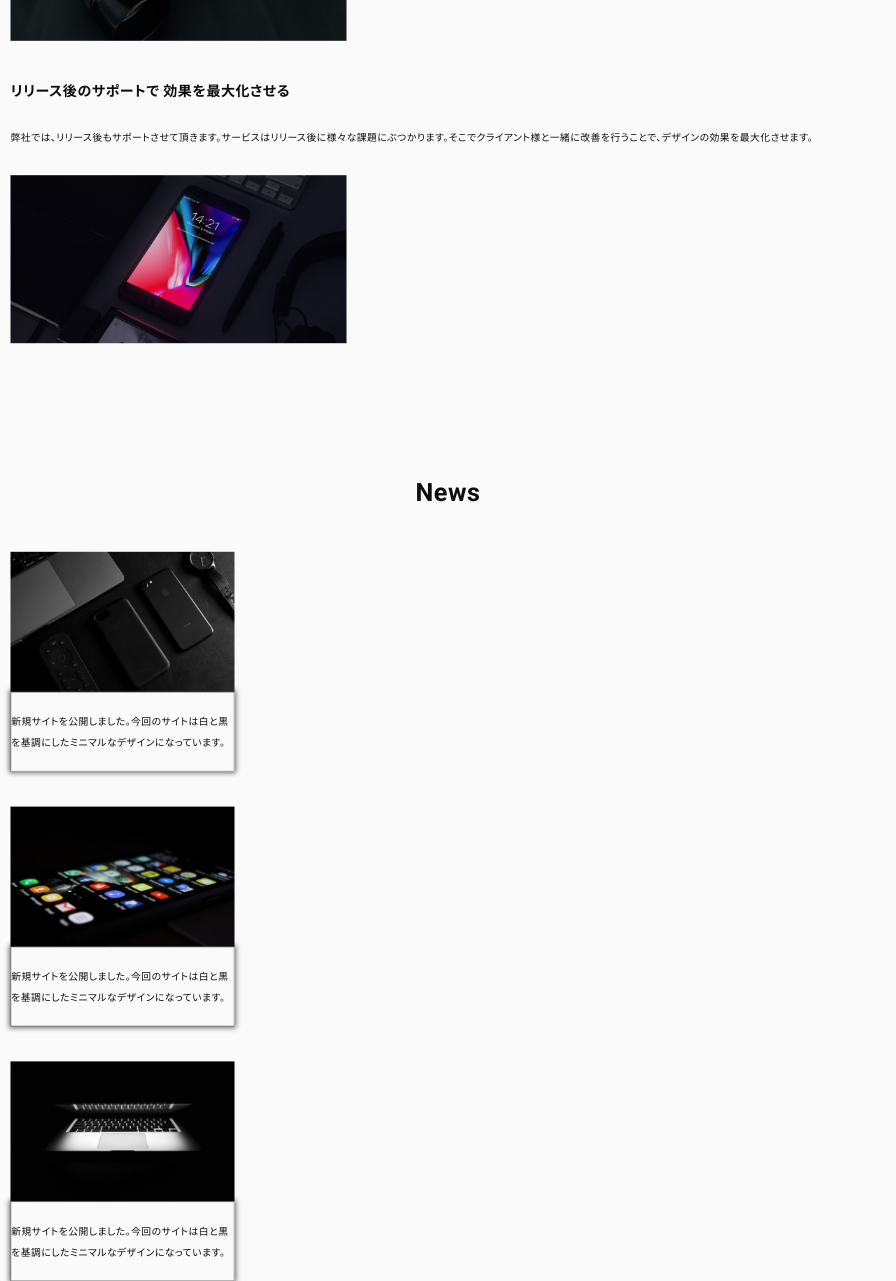
Repository: hatarakimono-kumasan/kurisuta_1st
Page: index.html
The author's editor kept a copy of each file at every save. The page is drawn from the files as they stood at one save, then again after the next save.
The browser window is 1280 px wide. The pictures show the part of the page from y = 3026 to 4946 px (the page is 4856 px tall before and 4946 px after), at 70% of full size.
Some web libraries are served in a nearby version. The style sheet was rebuilt from its Sass, Less or Tailwind sources for each picture, by a compiler version that may differ from the author's.

Above is the page before, as saved 2020-05-15 09:21:02.

### index.html
<!DOCTYPE html>
<html lang="en">
	<head>
		<meta charset="UTF-8" />
		<meta name="viewport" content="width=device-width, initial-scale=1.0" />
		<meta http-equiv="X-UA-Compatible" content="ie=edge" />
		<title>Cresta.design</title>
		<meta name="keywords" content="カンマ区切りで10個以内推奨" />
		<meta name="description" content="120文字以内" />
		<meta property="og:title" content="このページのタイトル" />
		<meta property="og:type" content="TOPページはwebsite、子ページはarticle" />
		<meta property="og:url" content="このページのURL" />
		<meta property="og:image" content="1200×630以上推奨、絶対パスで指定" />
		<meta property="og:site_name" content="サイト名" />
		<meta property="og:description" content="80〜90文字推奨" />
		<meta name="twitter:card" content="summary or summary_large_image" />
		<meta name="twitter:site" content="@ユーザー名" />
		<meta name="format-detection" content="telephone=no" />
		<!-- <link rel="shortcut icon" sizes="16x16" href="ファビコン" />
		<link rel="apple-touch-icon" sizes="192x192" href="タッチアイコン" />
		<link rel="shortcut icon" sizes="192x192" href="タッチアイコン" /> -->
		<meta name="last-modified" content="Sun, 29 Dec 2019 20:30:30 GMT" />
		<link
			href="https://use.fontawesome.com/releases/v5.6.1/css/all.css"
			rel="stylesheet"
		/>
		<link rel="stylesheet" href="style.css" />
		<script
			src="https://code.jquery.com/jquery-3.4.1.min.js"
			integrity="sha256-CSXorXvZcTkaix6Yvo6HppcZGetbYMGWSFlBw8HfCJo="
			crossorigin="anonymous"
		></script>
	</head>
	<body>
		<!-- header -->
		<header class="header">
			<h1 class="site-title"><a href="./">クリ★スタ</a></h1>
			<div class="nav-wrapper">
				<nav class="header-nav">
					<ul class="nav-list">
						<li class="nav-item"><a href="#about">About</a></li>
						<li class="nav-item"><a href="#service">Service</a></li>
						<li class="nav-item"><a href="#news">News</a></li>
						<li class="nav-item"><a href="#contact">Contact</a></li>
					</ul>
				</nav>
			</div>
			<button class="burger-btn">
				<span class="bars">
					<span class="bar bar_top"></span>
					<span class="bar bar_mid"></span>
					<span class="bar bar_bottom"></span>
				</span>
			</button>
		</header>
		<!-- //header -->

		<!--first view-->
		<div class="first_view">
			<img src="img/fv-bgi_sp@2x.jpg" alt="サイトイメージ" />
			<p>Cresta Design.</p>
		</div>
		<!--//first view-->

		<main>
			<!--about-->
			<section class="about" id="about">
				<h2>About</h2>
				<h3>
					ミニマルで<br />
					洗練されたデザインを。
				</h3>
				<p>
					近年、ミニマルなデザインが流行しています。そこで弊社では、クライアント企業様新規サービス等の課題に対してミニマルで洗練されたデザインを実現させることで解決のサポートを致します。もちろん全てのサービスにおいてミニマルなデザインが課題解決になるわけではないので、課題や今後のサービスの展開等しっかりとヒアリングを行なった上でご提案させて頂きます。
				</p>
			</section>
			<!--//about-->

			<!--service-->
			<section class="service" id="service">
				<h2>Service</h2>
				<h3>リリース時のサポートで サービスのブランディングを</h3>
				<p>
					弊社では、リリース時もサポートさせて頂きます。プレスリリース用のサイトや動画制作を通して、サービスのブランディングを行わせて頂きます。
				</p>
				<img src="/img/service-image@2x.jpg" alt="サービス" />
				<h3>リリース後のサポートで 効果を最大化させる</h3>
				<p>
					弊社では、リリース後もサポートさせて頂きます。サービスはリリース後に様々な課題にぶつかります。そこでクライアント様と一緒に改善を行うことで、デザインの効果を最大化させます。
				</p>
				<img src="/img/service-image02@2x.jpg" alt="サービス" />
			</section>
			<!--//service-->

			<!--news-->
			<section class="news" id="news">
				<h2>News</h2>
				<div class="news_card_wrapper">
					<div class="news_card">
						<img
							class="card-img"
							src="img/card-image1@2x.jpg"
							alt="newsイメージ"
						/>
						<div class="card-content">
							<p class="card-text">
								新規サイトを公開しました。今回のサイトは白と黒を基調にしたミニマルなデザインになっています。
							</p>
						</div>
						<!--//card-content-->
					</div>
					<!--//news_card-->
					<div class="news_card">
						<img
							class="card-img"
							src="img/card-image2@2x.jpg"
							alt="newsイメージ"
						/>
						<div class="card-content">
							<p class="card-text">
								新規サイトを公開しました。今回のサイトは白と黒を基調にしたミニマルなデザインになっています。
							</p>
						</div>
						<!--//card-content-->
					</div>
					<!--//news_card-->
					<div class="news_card">
						<img
							class="card-img"
							src="img/card-image3@2x.jpg"
							alt="newsイメージ"
						/>
						<div class="card-content">
							<p class="card-text">
								新規サイトを公開しました。今回のサイトは白と黒を基調にしたミニマルなデザインになっています。
							</p>
						</div>
						<!--//card-content-->
					</div>
					<!--//news_card-->
				</div>
				<!--//news_card_wrapper-->
			</section>
			<!--//news-->
		</main>
		<script src="drawer.js"></script>
	</body>
</html>

### drawer.js
$(".burger-btn").on("click", function () {
	//.btn_triggerをクリックすると
	$(".burger-btn").toggleClass("close"); //.btn_triggerにcloseクラスを付与(ボタンのアニメーション)
	$(".nav-wrapper").fadeToggle(500); //.nav-wrapperが0.5秒でフェードイン(メニューのフェードイン)
	$("body").toggleClass("noscroll"); //bodyにnoscrollクラスを付与(スクロールを固定)
});

if ($(window).width() < 768) {
	//デバイスの幅が768以下のとき
	$(".nav-item>a").on("click", function () {
		//.nav-item>aをクリックすると
		$(".nav-wrapper").fadeOut(500); //.nav-wrapperが0.5秒でフェードアウト(メニューのフェードアウト)
		$(".burger-btn").removeClass("close"); //.btn_triggerのcloseクラスを削除
		$("body").removeClass("noscroll"); //bodyのnoscrollクラスを削除
	});
}

### style.scss
/* ======================================
Foundation
====================================== */

@import "scss/foundation/reset";
@import "scss/foundation/mixin";
@import "scss/foundation/settings";
@import "scss/foundation/base";

/* ======================================
Layout
====================================== */

@import "scss/layout/header";
// @import 'layout/nav';
@import "scss/layout/main";
// @import 'layout/footer';

/* ======================================
Object
====================================== */

/**
Component
----------------------------------- */

// @import 'object/component/';

/**
Project
----------------------------------- */

// @import 'object/project/';

/**
Utility
----------------------------------- */
// @import 'object/utility/';

### scss/foundation/_reset.scss
html,
body,
div,
span,
object,
iframe,
h1,
h2,
h3,
h4,
h5,
h6,
p,
blockquote,
pre,
abbr,
address,
cite,
code,
del,
dfn,
em,
img,
ins,
kbd,
q,
samp,
small,
strong,
sub,
sup,
var,
b,
i,
dl,
dt,
dd,
ol,
ul,
li,
fieldset,
form,
label,
legend,
table,
caption,
tbody,
tfoot,
thead,
tr,
th,
td,
article,
aside,
canvas,
details,
figcaption,
figure,
footer,
header,
hgroup,
menu,
nav,
section,
summary,
time,
mark,
audio,
video {
	margin: 0;
	padding: 0;
	border: 0;
	outline: 0;
	font-size: 100%;
	vertical-align: baseline;
	background: transparent;
}
body {
	line-height: 1;
}
article,
aside,
details,
figcaption,
figure,
footer,
header,
hgroup,
menu,
nav,
section,
main {
	display: block;
}
ol,
ul {
	list-style: none;
}
blockquote,
q {
	quotes: none;
}
blockquote:before,
blockquote:after,
q:before,
q:after {
	content: "";
	content: none;
}
a {
	margin: 0;
	padding: 0;
	font-size: 100%;
	vertical-align: baseline;
	background: transparent;
}
ins {
	background-color: #ff9;
	color: #333;
	text-decoration: none;
}
mark {
	background-color: #ff9;
	color: #333;
	font-style: italic;
	font-weight: bold;
}
del {
	text-decoration: line-through;
}
abbr[title],
dfn[title] {
	border-bottom: 1px dotted;
	cursor: help;
}
table {
	border-collapse: collapse;
	border-spacing: 0;
}
hr {
	display: block;
	height: 1px;
	border: 0;
	border-top: 1px solid #cccccc;
	margin: 1em 0;
	padding: 0;
}
input,
select {
	vertical-align: middle;
}

### scss/foundation/_mixin.scss
/*================================================= mixin (mobile to pc)
=================================================*/
$tab: 768px;
$lap: 1024px;
$pc: 1200px;

@mixin tab {
	@media screen and (min-width: ($tab)) {
		@content;
	}
}

@mixin lap {
	@media screen and (min-width: ($lap)) {
		@content;
	}
}

@mixin pc {
	@media screen and (min-width: ($pc)) {
		@content;
	}
}

/*================================================= トラッキング(letter-spacing)のmixin
=================================================*/
@mixin tracking($tracking) {
	letter-spacing: ($tracking / 1000) + em;
}

// 利用するとき
//   p {
//    @include tracking(16);
//   }

### scss/foundation/_settings.scss
/*
font
------------------------------------------*/
@import url("https://fonts.googleapis.com/css2?family=Roboto:wght@400;700&display=swap");
@import url("https://fonts.googleapis.com/css2?family=Noto+Sans+JP:wght@700&display=swap");
body {
	font-family: Roboto, "Noto Sans JP", 游ゴシック, "Yu Gothic", 游ゴシック体,
		YuGothic, "ヒラギノ角ゴ Pro W3", "Hiragino Kaku Gothic Pro", "Meiryo UI",
		メイリオ, Meiryo, sans-serif;
	font-size: medium;
	letter-spacing: 0.05em;
	word-break: break-all;
}
h1,
h2,
h3,
h4,
h5,
strong {
	font-weight: bold;
}

/*フォントサイズ
https://websemantics.uk/tools/responsive-font-calculator/
-------------------------------------------------*/
html {
	font-size: 62.5%;
}
body {
	font-size: 1.6rem; /* 16px*/
	line-height: 2;
}
h1 {
	font-size: 26px; /* IE8以下とAndroid4.3以下用フォールバック */
	font-size: 2.6rem;
	line-height: calc(24 / 36);
	font-family: Roboto;
}
h2 {
	font-size: 36px; /* IE8以下とAndroid4.3以下用フォールバック */
	font-size: 3.6rem;
	line-height: calc(24 / 36);
	font-family: Roboto;
	text-align: center;
}
h3 {
	font-size: 20px; /* IE8以下とAndroid4.3以下用フォールバック */
	font-size: 2rem;
	line-height: calc(40 / 20);
	font-family: "Noto Sans JP";
}
p {
	font-size: 14px; /* IE8以下とAndroid4.3以下用フォールバック */
	font-size: 1.4rem;
	line-height: calc(30 / 14);
	font-family: "Noto Sans JP";
	@include tracking(50);
}

### scss/foundation/_base.scss
/*
Base
---------------------------------------------- */
html {
	box-sizing: border-box;
	height: 100%;
}
*,
*:before,
*:after {
	box-sizing: inherit;
}
body {
	height: 100%;
	font-feature-settings: "palt";
	color: #0d0d0d;
	background-color: #fafafa;
}
img {
	max-width: 100%;
	height: auto;
	vertical-align: bottom;
}
a {
	color: inherit;
}
input,
textarea {
	font-family: inherit;
	font-size: 100%;
}

### scss/layout/_header.scss
// body {
// 	color: #141414;
// 	font-size: 1.4rem;
// 	line-height: 1.8;
// 	letter-spacing: 0.05em;

// 	font-family: "Roboto", sans-serif, "Noto Sans JP", sans-serif;
// }
.noscroll {
	overflow: hidden;
}
/* img {
	width: 100%;
	vertical-align: bottom;
} */
a {
	text-decoration: none;
	color: #fff;
}
// .section-title {
// 	font-size: 3.6rem;
// 	font-weight: bold;
// 	text-align: center;
// 	letter-spacing: 0.05em;
// 	margin-bottom: 70px;
// }
// h3 {
// 	font-size: 2.4rem;
// 	font-weight: bold;
// 	line-height: 2;
// 	letter-spacing: 0.1em;
// 	margin-bottom: 40px;
// }
// .section-wrapper {
// 	padding: 100px 10% 50px;
// }

/* ------------------ */
/* header */
/* ------------------ */
.header {
	background-color: #1b1310;
	color: #fff;
	height: 74px;
	display: flex;
	justify-content: space-between;
	align-items: center;
	padding: 0 120px;
	border-bottom: 1px solid #fff;
}
.nav-list {
	/* navの横並び */
	display: flex;
}
.nav-item {
	/* メニューの右側に余白 */
	margin-right: 55px;
}
.burger-btn {
	display: none;
}

@media screen and (max-width: 768px) {
	/* ----------------------- */
	/* base_sp
/* ----------------------- */

	// h3 {
	// 	font-size: 2rem;
	// 	margin-bottom: 30px;
	// }
	// .section-wrapper {
	// 	padding: 100px 5% 50px;
	// }
	/* ------------------ */
	/* humberger-menu */
	/* ------------------ */
	.header {
		padding: 0 5%;
	}
	.burger-btn {
		display: block;
		width: 39px;
		height: 39px;
		position: relative;
		z-index: 3;
		/*   codepenの挙動のため */
		background-color: transparent;
		border: none;
	}
	.bar {
		width: 20px;
		height: 1px;
		display: block;
		position: absolute;
		left: 50%;
		transform: translateX(-50%);
		background-color: #fff;
	}
	.bar_top {
		top: 10px;
	}
	.bar_mid {
		top: 50%;
		transform: translate(-50%, -50%);
	}
	.bar_bottom {
		bottom: 10px;
	}
	.burger-btn.close .bar_top {
		transform: translate(-50%, 10px) rotate(45deg);
		transition: transform 0.3s;
	}
	.burger-btn.close .bar_mid {
		opacity: 0;
		transition: opacity 0.3s;
	}
	.burger-btn.close .bar_bottom {
		transform: translate(-50%, -8px) rotate(-45deg);
		transition: transform 0.3s;
	}
	.nav-wrapper {
		display: none;
		width: 100vw;
		height: 100vh;
		position: fixed;
		top: 0;
		left: 0;
		z-index: 2; /*キービジュアルと.btn_triggerとの重なりの前後関係を調整*/
	}
	.header-nav {
		width: 100%;
		height: 100%;
		background-color: #1b1310;
		z-index: 2;
	}
	.header-nav .nav-list {
		display: block;
		position: absolute;
		top: 50%;
		left: 50%;
		transform: translate(-50%, -50%);
		text-align: center;
	}
	.header-nav .nav-item {
		margin-right: 0;
		margin-bottom: 40px;
	}
}

### scss/layout/_main.scss
/*=======================================
first view
=========================================*/
.first_view {
	width: 100%;
	position: relative;

	img {
		min-width: 100%;
	}
	p {
		width: 300px;
		height: 100px;
		border: #fff 2px solid;
		color: #fff;
		position: absolute;
		transform: translateY(-50%);
		font-size: 3rem;
		top: 50%;
		left: 50%;
		text-align: center;
		transform: translate(-50%, -50%);
		line-height: 100px;
	}
}

/*=============================================
all
===============================================*/
main {
	width: calc(100% - 30px);
	margin: auto;
	margin-top: 10rem;
	margin-bottom: 5rem;
}
.about,
.service,
.news {
	width: 100%;
	margin-bottom: 15rem;
	h2 {
		margin-bottom: 7.3rem;
	}
	h3 {
		margin-bottom: 3.1rem;
	}
}

/*=============================================
about
===============================================*/

/*=============================================
service
===============================================*/
.service {
	img {
		margin: 4rem 0 5.1rem;
	}
}

/*=============================================
news
===============================================*/
.news {
	.news_card_wrapper {
		.news_card {
			width: 32rem;
			margin-bottom: 5rem;

			.card-content {
				border: 1px solid #707070;
				box-shadow: 0px 0px 7px 2px #707070;

				p {
					margin: 2.6rem auto;
				}
			}
		}
	}
}

After the next save:
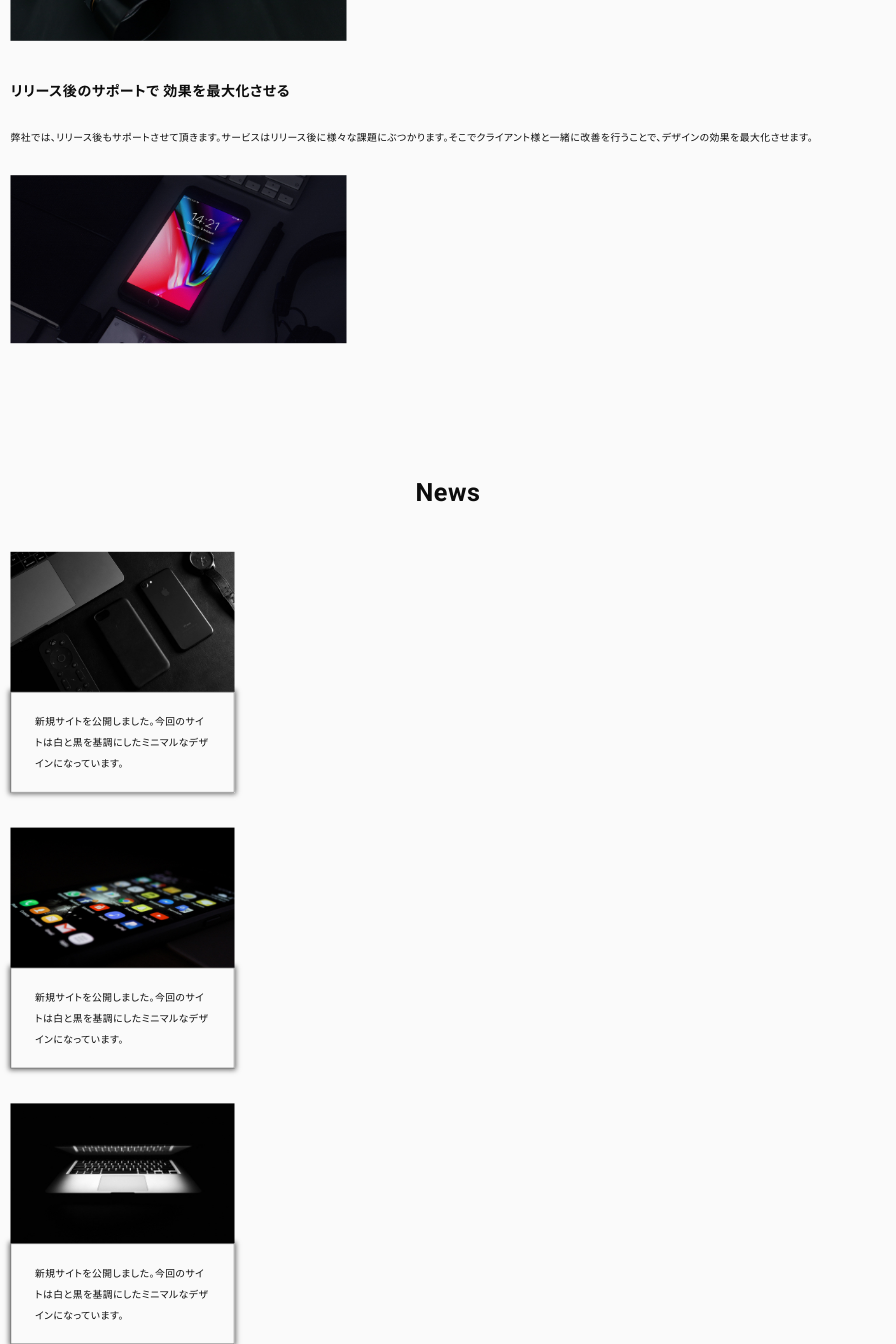
Saved 94 min 55 s later.
--- a/scss/layout/_main.scss
+++ b/scss/layout/_main.scss
@@ -73,7 +73,7 @@ news
 				box-shadow: 0px 0px 7px 2px #707070;
 
 				p {
-					margin: 2.6rem auto;
+					margin: 2.6rem 3.4rem;
 				}
 			}
 		}
